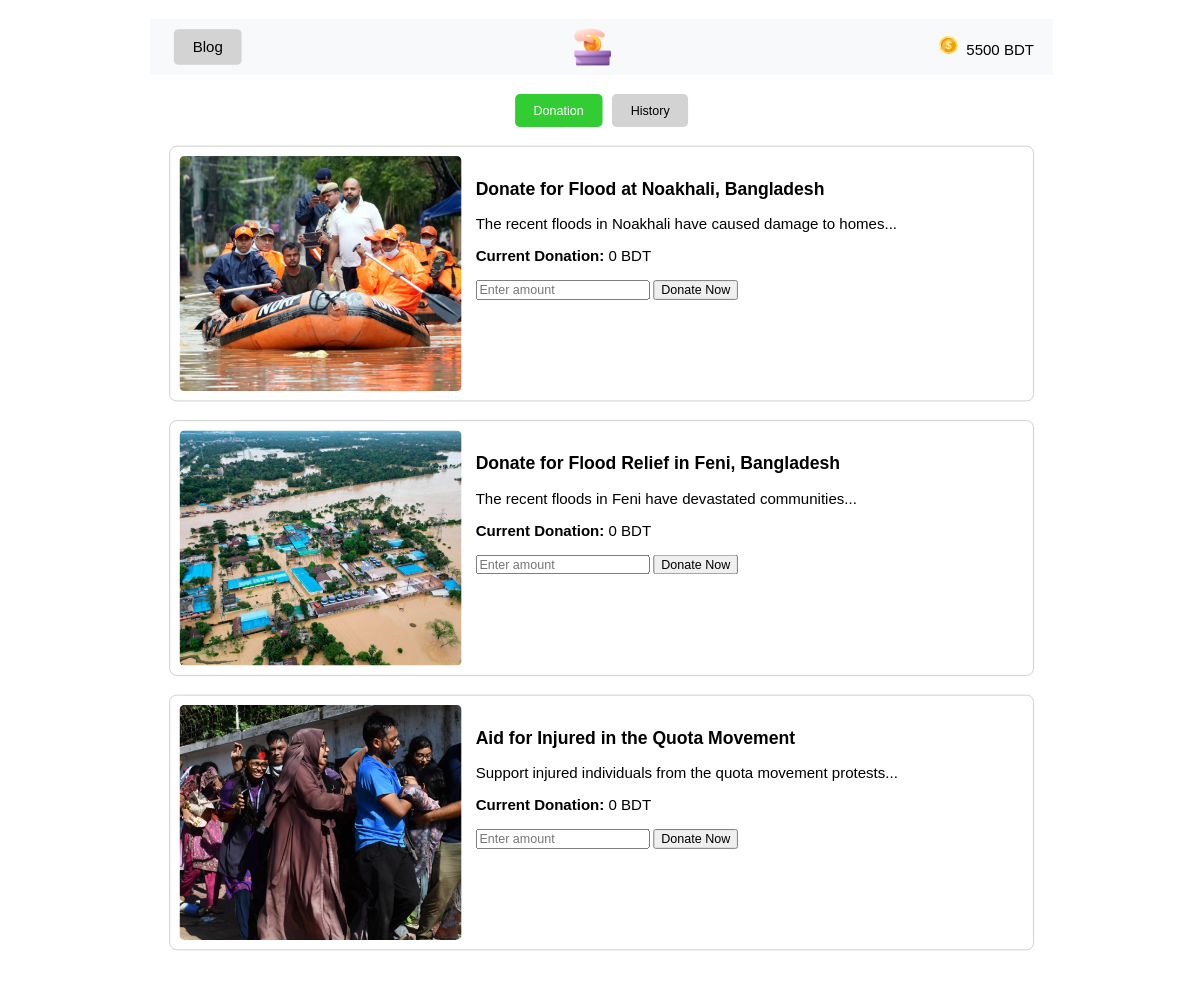
Repository: Aminul-Islam85/Assignment-5
Page: index.html
These files come from the project's save history. The page is drawn as it stood at one moment and after the next save; the edit follows.
The browser window is 1280 px wide. The pictures show the whole page, at 94% of full size.

Above is the page before, as saved 2024-12-06 20:13:45.

### index.html
<!DOCTYPE html>
<html lang="en">
<head>
  <meta charset="UTF-8">
  <meta name="viewport" content="width=device-width, initial-scale=1.0">
  <title>Donate Bangladesh</title>
  <link rel="stylesheet" href="style.css">
</head>
<div class="content-wrapper">
    <body>
        <header class="navbar">
          <a href="blog.html" class="tab-btn">Blog</a>
          <img src="images/logo.png" alt="Logo" class="logo">
          <div class="balance">
            <img src="images/coin.png" alt="Coin" class="icon">
            <span id="account-balance">5500 BDT</span>
          </div>
        </header>

        <main>
          <div class="tabs">
            <button class="tab-btn active" id="donation-tab">Donation</button>
            <button class="tab-btn" id="history-tab">History</button>
          </div>

          <section id="donation-section">
            <!-- Card 1 -->
            <div class="card">
              <img src="images/noakhali.png" alt="Noakhali" class="card-img">
              <div class="card-content">
                <h3>Donate for Flood at Noakhali, Bangladesh</h3>
                <p>The recent floods in Noakhali have caused damage to homes...</p>
                <p><strong>Current Donation:</strong> <span id="noakhali-donation">0 BDT</span></p>
                <input type="number" id="noakhali-input" placeholder="Enter amount">
                <button class="donate-btn" data-id="noakhali">Donate Now</button>
              </div>
            </div>

            <!-- Card 2 -->
            <div class="card">
              <img src="images/feni.png" alt="Feni" class="card-img">
              <div class="card-content">
                <h3>Donate for Flood Relief in Feni, Bangladesh</h3>
                <p>The recent floods in Feni have devastated communities...</p>
                <p><strong>Current Donation:</strong> <span id="feni-donation">0 BDT</span></p>
                <input type="number" id="feni-input" placeholder="Enter amount">
                <button class="donate-btn" data-id="feni">Donate Now</button>
              </div>
            </div>

            <!-- Card 3 -->
            <div class="card">
              <img src="images/quota-protest.png" alt="Quota Protest" class="card-img">
              <div class="card-content">
                <h3>Aid for Injured in the Quota Movement</h3>
                <p>Support injured individuals from the quota movement protests...</p>
                <p><strong>Current Donation:</strong> <span id="quota-donation">0 BDT</span></p>
                <input type="number" id="quota-input" placeholder="Enter amount">
                <button class="donate-btn" data-id="quota">Donate Now</button>
              </div>
            </div>
          </section>

          <section id="history-section" class="hidden">
            <ul id="history-list"></ul>
          </section>
        </main>

        <div id="modal" class="hidden">
          <div class="modal-content">
            <h2>Congrats!</h2>
            <p>You have donated for humankind successfully.</p>
            <button id="close-modal">Close</button>
          </div>
        </div>

        <script src="script.js" defer></script>
      </body>
</div>
</html>

### style.css
body {
    font-family: Arial, sans-serif;
    margin: 0;
    padding: 0;
  }

  .navbar {
    display: flex;
    justify-content: space-between;
    align-items: center;
    background: #f8f9fa;
    padding: 10px 20px;
    position: sticky;
    top: 0;
  }

  .logo {
    height: 40px;
  }

  .icon {
    height: 20px;
    margin-right: 5px;
  }

  .tabs {
    display: flex;
    justify-content: center;
    margin: 20px 0;
  }

  .tab-btn {
    margin: 0 5px;
    padding: 10px 20px;
    border-radius: 5px;
    border: none;
    background: lightgray;
    color: black;
    text-align: center;
    text-decoration: none;
    display: inline-block;
    cursor: pointer;
  }

  .tab-btn:hover {
    background: limegreen;
    color: white;
  }


  .tab-btn.active {
    background: limegreen;
    color: white;
    border-radius: 5px;
  }

  .card {
    display: flex;
    margin: 20px;
    border: 1px solid #ccc;
    border-radius: 8px;
    overflow: hidden;
  }

  .card-img {
    width: 300px;
    height: 250px;
    border-radius: 5px;
    margin-top: 10px;
    margin-bottom: 10px;
    margin-left: 10px;
    object-fit: cover;
  }

  .card-content {
    padding: 15px;
    flex: 1;
  }

  .hidden {
    display: none !important;
  }

  .content-wrapper {
    width: 75%;
    margin: 0 auto;
    padding: 20px 0;
  }

  #modal {
    position: fixed;
    top: 0;
    left: 0;
    right: 0;
    bottom: 0;
    background: rgba(0, 0, 0, 0.5);
    display: flex;
    justify-content: center;
    align-items: center;
    z-index: 1000;
  }

  .modal-content {
    background: white;
    padding: 20px;
    text-align: center;
    border-radius: 8px;
    width: 50%;
  }

### script.js
let accountBalance = 5500;

document.getElementById('donation-tab').addEventListener('click', () => {
  toggleSection('donation');
});

document.getElementById('history-tab').addEventListener('click', () => {
  toggleSection('history');
});

document.querySelectorAll('.donate-btn').forEach(button => {
  button.addEventListener('click', () => {
    const id = button.getAttribute('data-id');
    const input = document.getElementById(`${id}-input`);
    const amount = parseInt(input.value);

    if (isNaN(amount) || amount <= 0) {
      alert('Invalid amount');
      return;
    }

    if (amount > accountBalance) {
      alert('Insufficient balance');
      return;
    }

    accountBalance -= amount;
    document.getElementById('account-balance').textContent = `${accountBalance} BDT`;

    const donation = document.getElementById(`${id}-donation`);
    const currentDonation = parseInt(donation.textContent) || 0;
    donation.textContent = `${currentDonation + amount} BDT`;

    addToHistory(amount, id);

    input.value = '';
    showModal();
  });
});

document.getElementById('close-modal').addEventListener('click', () => {
  const modal = document.getElementById('modal');
  modal.classList.add('hidden');
});

function toggleSection(section) {
  document.getElementById('donation-section').classList.toggle('hidden', section !== 'donation');
  document.getElementById('history-section').classList.toggle('hidden', section !== 'history');
  document.querySelectorAll('.tab-btn').forEach(btn => btn.classList.toggle('active', btn.id.includes(section)));
}

function addToHistory(amount, id) {
  const history = document.getElementById('history-list');
  const item = document.createElement('li');
  const now = new Date();
  const donationName =
    id === 'noakhali' ? 'Flood at Noakhali' :
    id === 'feni' ? 'Flood Relief in Feni' :
    'Aid for Quota Movement';
  item.textContent = `${amount} BDT donated to ${donationName} on ${now.toLocaleString()}`;
  history.appendChild(item);
}

function showModal() {
  document.getElementById('modal').classList.remove('hidden');
}

After the next save:
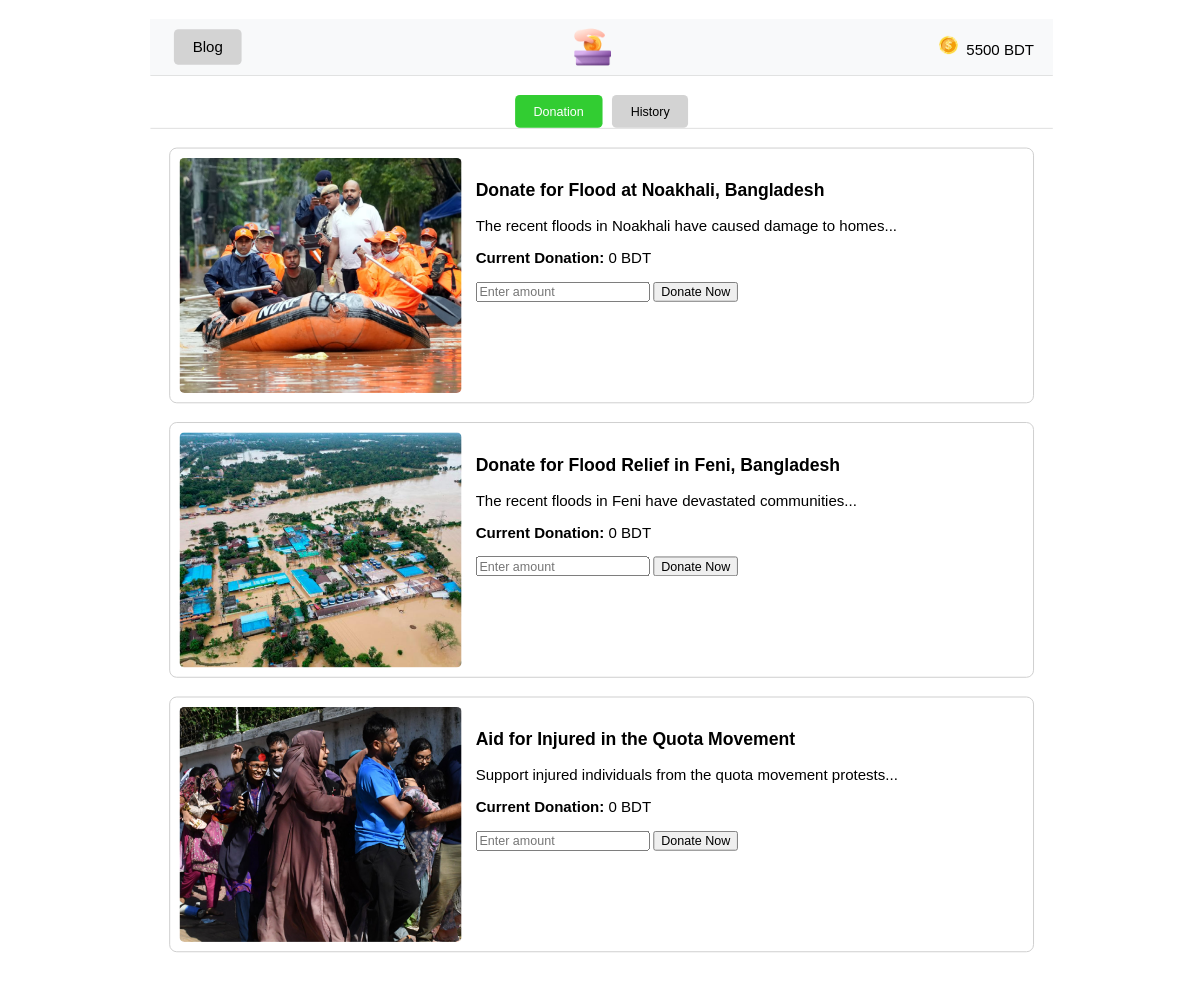
Saved 6 min 27 s later.
--- a/style.css
+++ b/style.css
@@ -12,6 +12,8 @@ body {
     padding: 10px 20px;
     position: sticky;
     top: 0;
+    z-index: 1000;
+    border-bottom: 1px solid #ddd;
   }
 
   .logo {
@@ -27,6 +29,10 @@ body {
     display: flex;
     justify-content: center;
     margin: 20px 0;
+    position: sticky;
+    top: 60px;
+    z-index: 999;
+    border-bottom: 1px solid #ddd;
   }
 
   .tab-btn {
